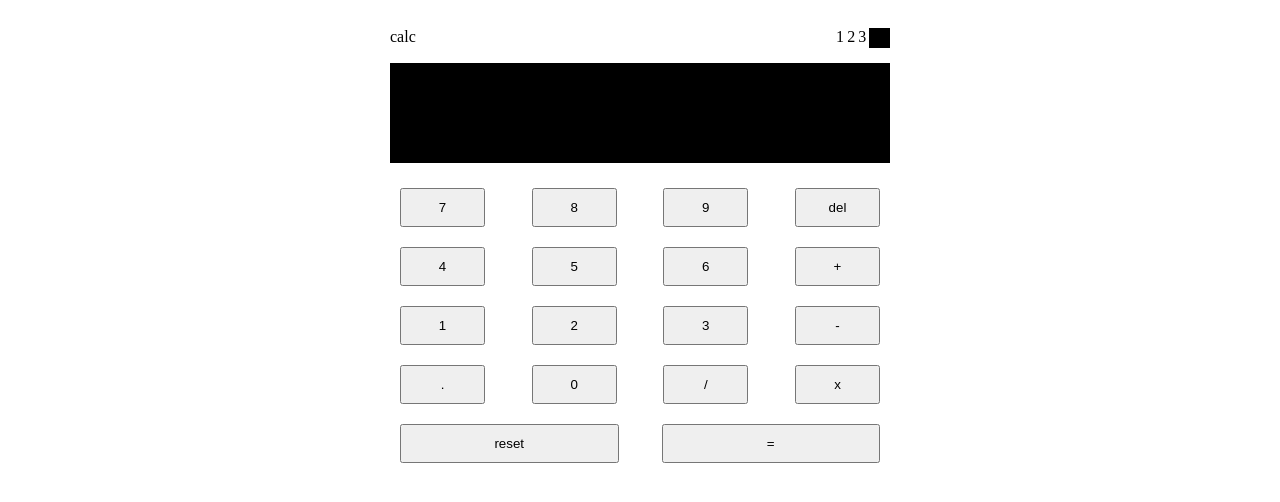
Repository: Eugene44-hub/basic-calculator
Page: index.html
These files come from the project's save history. The page is drawn as it stood at one moment and after the next save; the edit follows.
The browser window is 1280 px wide. The pictures show the whole page.

Above is the page before, as saved 2021-10-01 14:48:51.
Console error: SyntaxError: Unexpected end of input

After the next save:
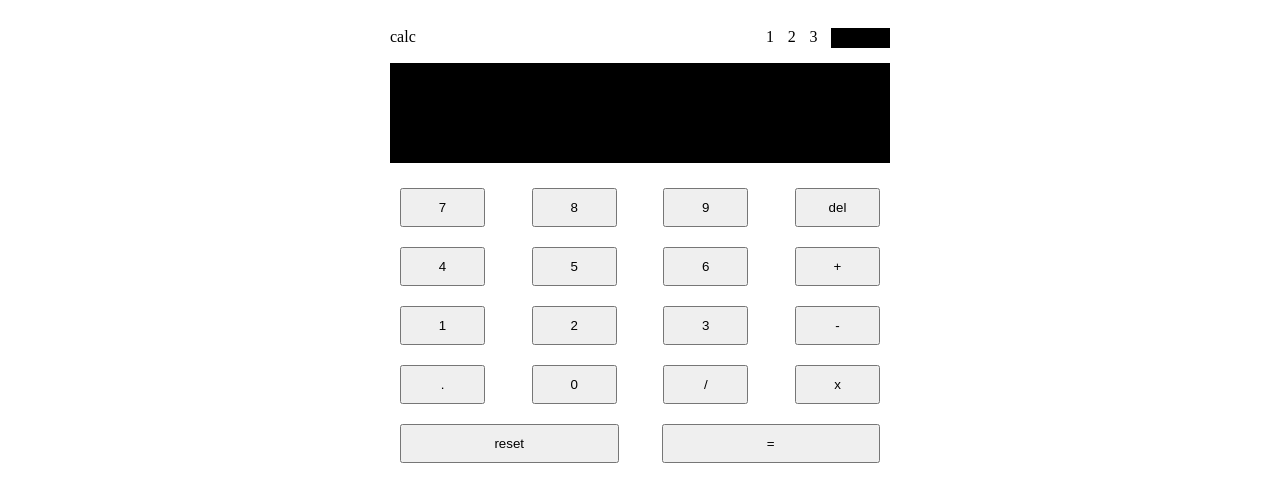
Saved 6 s later.
--- a/style.css
+++ b/style.css
@@ -17,7 +17,7 @@ body {
 .toggle {
     background-color: black;
     height: 20px;
-    width: 30px
+    width: 100px
 }
 
 .header {
